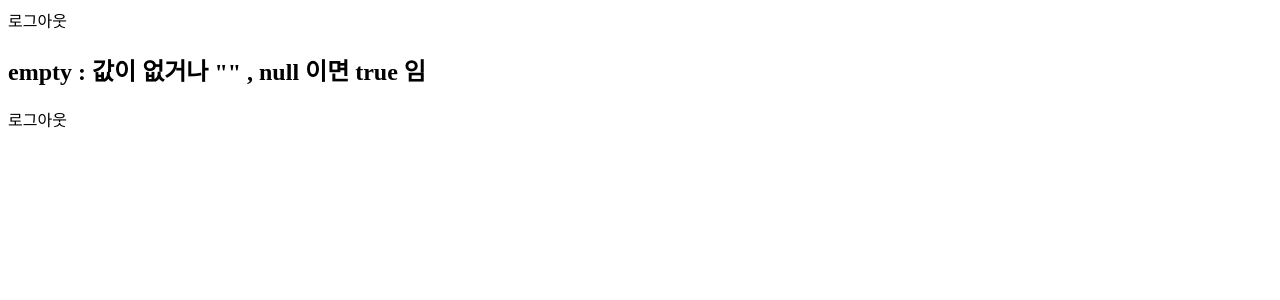
Repository: juntae710/acorn_web
Page: http://localhost/ptj0908/jstl4
An editor plug-in stored every save of this project. The page is shown before and after the next save, followed by the edit.
The browser window is 1280 px wide. The pictures show the whole page.
The page is served by Tomcat 9. Other server files are loaded and not shown.

Above is the page before, as saved 2023-09-08 03:09:17.

### ptj0908/src/main/webapp/WEB-INF/views/jstl4.jsp
<%@ page language="java" contentType="text/html; charset=UTF-8"
    pageEncoding="UTF-8"%>
    <%@ taglib uri="http://java.sun.com/jsp/jstl/core" prefix="c" %>
    <%@ page import="java.util.ArrayList" %>
<!DOCTYPE html>
<html>
<head>
<meta charset="UTF-8">
<title>Insert title here</title>
</head>
<body>
<%
String id = (String) session.getAttribute("id");
if(id!=null){%>
	로그아웃

<% }else{%>
로그인
<% }%>
<h2>empty : 값이 없거나 "" , null 이면 true 임</h2>
<c:if test="${empty id}">로그인</c:if>
<c:if test="${not empty id}">로그아웃</c:if>
</body>
</html>

### ptj0908/src/main/java/elprj/jstl4.java
package elprj;

import java.io.IOException;
import java.util.ArrayList;

import javax.servlet.ServletException;
import javax.servlet.annotation.WebServlet;
import javax.servlet.http.HttpServlet;
import javax.servlet.http.HttpServletRequest;
import javax.servlet.http.HttpServletResponse;
import javax.servlet.http.HttpSession;

@WebServlet("/jstl4")
public class jstl4 extends HttpServlet {
	@Override
	protected void doGet(HttpServletRequest req, HttpServletResponse resp) throws ServletException, IOException {


		HttpSession session = req.getSession();


		session.setAttribute("id", "acorn01");
		req.getRequestDispatcher("WEB-INF/views/jstl4.jsp").forward(req, resp);
	}
}

After the next save:
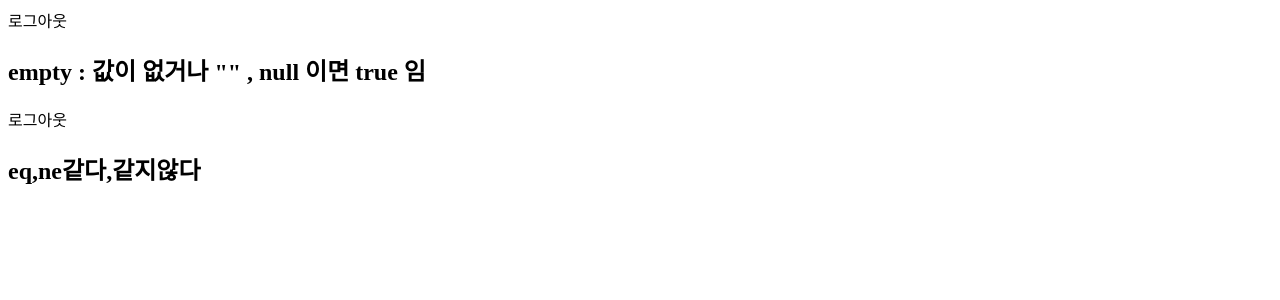
Saved 114 s later.
--- a/ptj0908/src/main/webapp/WEB-INF/views/jstl4.jsp
+++ b/ptj0908/src/main/webapp/WEB-INF/views/jstl4.jsp
@@ -20,5 +20,8 @@ if(id!=null){%>
 <h2>empty : 값이 없거나 "" , null 이면 true 임</h2>
 <c:if test="${empty id}">로그인</c:if>
 <c:if test="${not empty id}">로그아웃</c:if>
+
+<h2>eq,ne같다,같지않다</h2>
+<c:set var="message" value="비로그인"></c:set>
 </body>
 </html>
